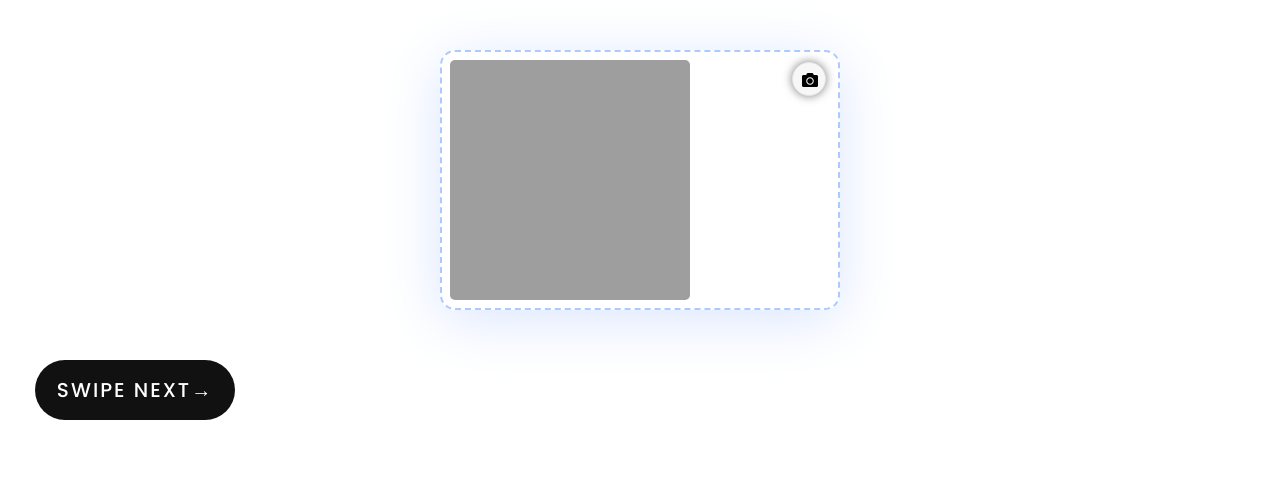
Repository: ThuongDuy/Phan_loai_anh
Page: hcsdlpt/index.html
These files come from the project's save history. The page is drawn as it stood at one moment and after the next save; the edit follows.
The browser window is 1280 px wide. The pictures show the whole page.
Pictures or frames that could not be fetched are drawn as grey boxes.

Above is the page before, as saved 2023-06-02 00:33:12.

After the next save:
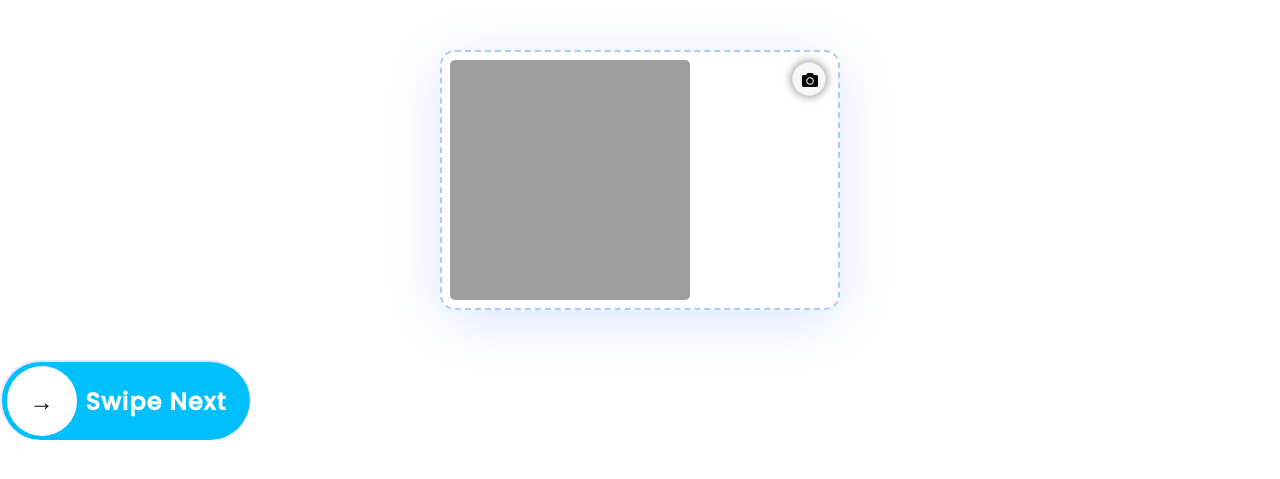
Saved 11 s later.
--- a/hcsdlpt/main.css
+++ b/hcsdlpt/main.css
@@ -62,75 +62,74 @@
     background-position: center;
 }
 
-@import url('https://fonts.googleapis.com/css?family=Poppins:400,500,600,700&display=swap');
-
 * {
     margin: 0;
     padding: 0;
     box-sizing: border-box;
-    font-family: 'Poppins', sans-serif;
+    font-family: Poppins;
 }
 
 button {
-    position: relative;
-    height: 60px;
-    width: 200px;
-    margin: 0 35px;
-    border-radius: 50px;
     border: none;
     outline: none;
-    background: #111;
-    color: #fff;
-    font-size: 20px;
-    font-weight: 500;
-    letter-spacing: 2px;
-    text-transform: uppercase;
-    cursor: pointer;
-    transition: background 0.5s;
 }
 
-button:first-child:hover {
-    background: linear-gradient(90deg, #03a9f4, #f441a5, #ffeb3b, #03a9f4);
-    background-size: 400%;
+.btn {
+    position: relative;
+    width: 250px;
+    height: 80px;
+    display: grid;
+    place-items: center;
+    background: #00bfff;
+    color: #fff;
+    border-radius: 80px;
+    font-size: 1.5rem;
+    font-weight: 700;
+    letter-spacing: 1px;
+    text-decoration: none;
+    border-top: 2px solid #e6e6fa;
+    border-left: 2px solid #e6e6fa;
+    padding-left: 60px;
+    overflow: hidden;
+    transition: 0.5s ease-in-out;
 }
 
-button:last-child:hover {
-    background: linear-gradient(90deg, #fa7199, #f5ce62, #e43603, #fa7199);
-    background-size: 400%;
+.btn:hover {
+    padding-left: 0;
+    padding-right: 60px;
+    color: #fff;
 }
 
-button:first-child:before,
-button:last-child:before {
-    content: '';
+.btn span {
     position: absolute;
-    background: inherit;
-    top: -5px;
-    right: -5px;
-    bottom: -5px;
-    left: -5px;
-    border-radius: 50px;
-    filter: blur(20px);
-    opacity: 0;
-    transition: opacity 0.5s;
+    display: grid;
+    place-items: center;
+    left: 5px;
+    width: 70px;
+    height: 70px;
+    background: #fff;
+    color: #000;
+    border-radius: 50%;
+    font-size: 1.5rem;
+    font-weight: 900;
+    transition: 0.5s cubic-bezier(0.4, 0, 1, 1);
 }
 
-button:first-child:hover:before,
-button:last-child:hover:before {
-    opacity: 1;
-    z-index: -1;
+.btn:hover span {
+    left: calc(100% - 76px);
 }
 
-button:hover {
+.btn::after {
+    position: absolute;
+    content: "";
+    width: 80px;
+    height: 100%;
     z-index: 1;
-    animation: glow 8s linear infinite;
+    background: rgba(255, 255, 255, 0.5);
+    transform: translateX(-175px) skew(25deg);
+    transition: 0.75s ease-in-out;
 }
 
-@keyframes glow {
-    0% {
-        background-position: 0%;
-    }
-
-    100% {
-        background-position: 400%;
-    }
+.btn:hover::after {
+    transform: translateX(175px) skew(25deg);
 }
